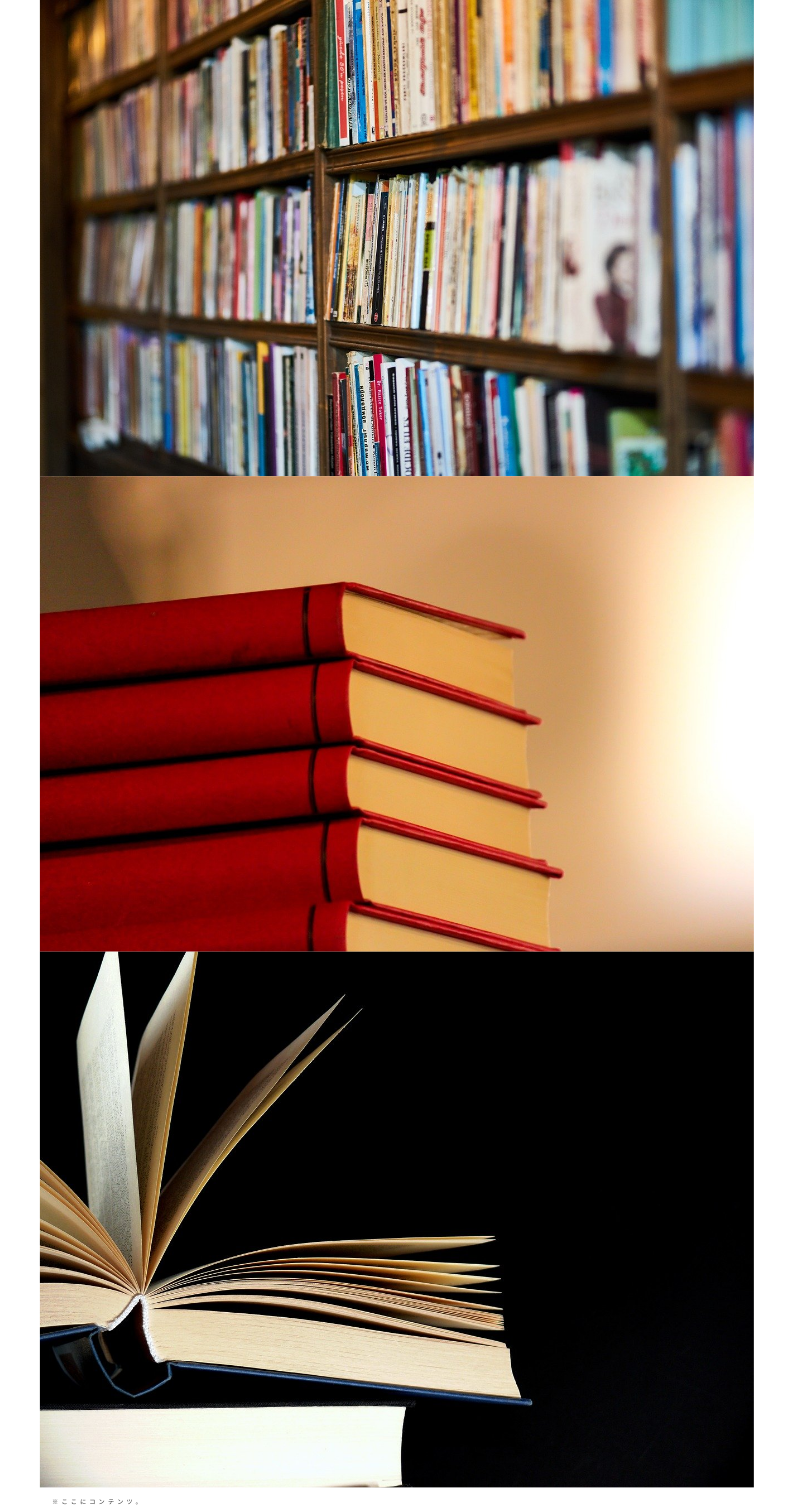
Repository: ppmp556/kakuubook
Page: index.html
An editor plug-in stored every save of this project. The page is shown before and after the next save, followed by the edit.
The browser window is 1280 px wide. The pictures show the whole page, at 62% of full size.
The style sheet was rebuilt from its Sass, Less or Tailwind sources for each picture, by a compiler version that may differ from the author's.

Above is the page before, as saved 2020-12-22 20:23:17.

After the next save:
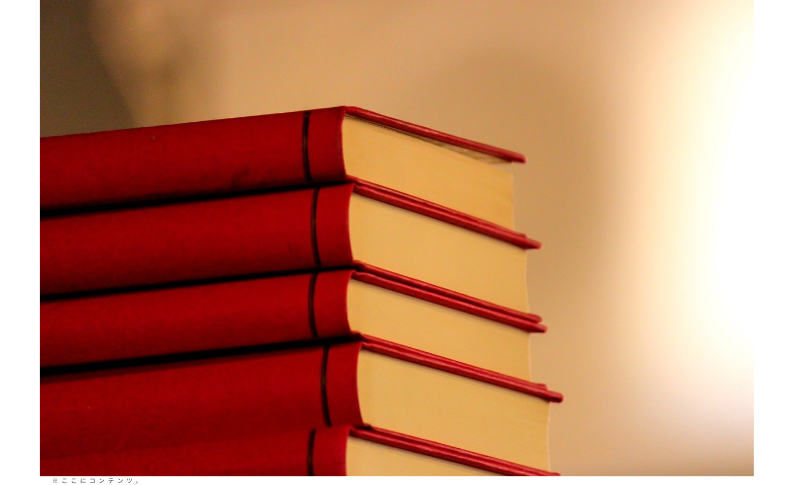
Saved 12 s later.
--- a/js/main.js
+++ b/js/main.js
@@ -30,7 +30,7 @@ $(() => {
     let nowPage = 0;
     let nextPage = 1;
 
-    const slides = $("#kv_slide").find("img");
+    const slides = $("#mv_slide").find("img");
     const slideLength = slides.length;
 
     const fadeTime = 1500;

After the save that followed:
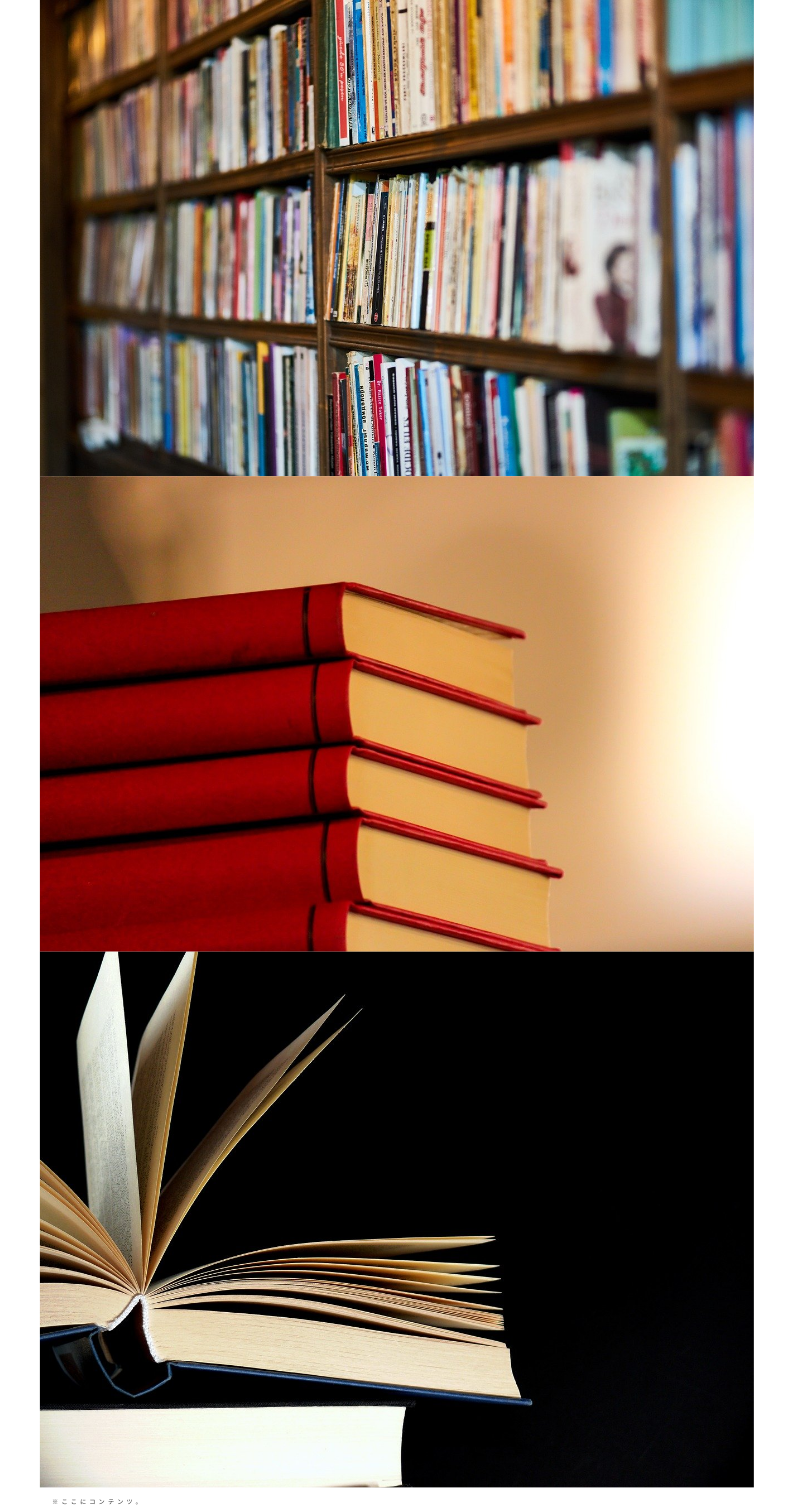
Saved 10 s later.
--- a/index.html
+++ b/index.html
@@ -33,7 +33,7 @@
   <!-- モック -->
   <img src="" alt="" class="mock"/>
 
-  <div class="container" id="mv_slide">
+  <div class="container" id="js-mv_slide">
 
     <div class="mv_container">
       <div class="mv_imgbox">
